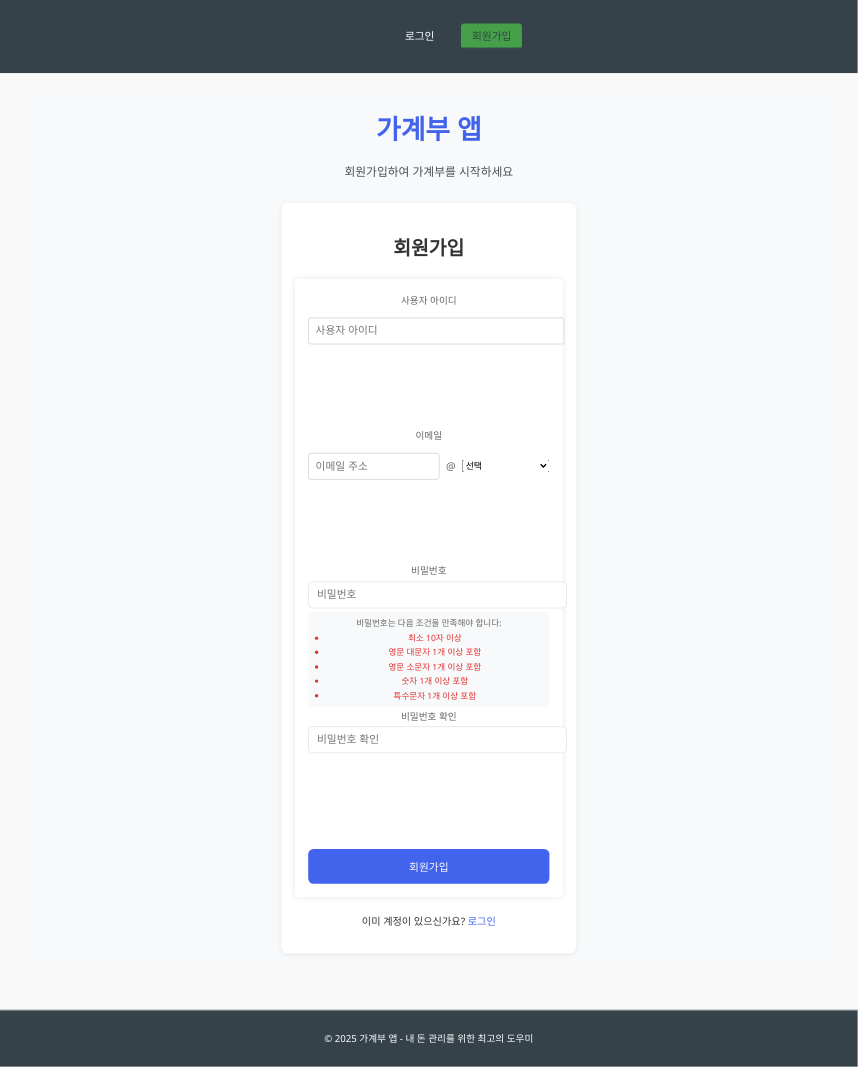
Repository: dldnwls07/Register_Login_Form
Page: /register
These files come from the project's save history. The page is drawn as it stood at one moment and after the next save; the edit follows.
The browser window is 1280 px wide. The pictures show the whole page, at 67% of full size.
The project was rebuilt for these pictures with package versions that can differ from the ones it lists, and the page was loaded fresh each time. Also part of the build but not shown: src/components/Summary.jsx, src/styles/pages/MainPage.css, src/pages/MainPage.jsx, src/utils/categoryData.js, src/components/CategorySelector.jsx, src/components/EntryForm.jsx, src/components/EntryTable.jsx, src/components/SearchBar.jsx and 15 more.

Above is the page before, as saved 2025-05-23 14:12:41.

### public/index.html
<!DOCTYPE html>
<html lang="en">
<head>
    <meta charset="UTF-8">
    <meta name="viewport" content="width=device-width, initial-scale=1.0">
    <title>My Money App</title>
</head>
<body>
    <div id="root"></div>
</body>
</html>

### src/styles/App.css
/* Added CSS variables for theme */
:root {
  --background-light: #f9f9f9;
  --background-dark: #121212;
  --text-light: #333;
  --text-dark: #eee;
  --primary-color: #35424a;
  --accent-color: #45a049;
  --border-radius: 5px;
  --box-shadow: 0 0 10px rgba(0, 0, 0, 0.1);
}

body {
  font-family: 'Segoe UI', Tahoma, Geneva, Verdana, sans-serif;
  background-color: var(--background-light);
  color: var(--text-light);
  margin: 0;
  padding: 0;
}

.dark body {
  background-color: var(--background-dark);
  color: var(--text-dark);
}

.container {
    width: 80%;
    margin: auto;
    overflow: hidden;
}

header {
    background: #35424a;
    color: #ffffff;
    padding: 10px 0;
    text-align: center;
}

h1 {
    margin: 0;
}

form {
    background: #ffffff;
    padding: 20px;
    border-radius: 5px;
    box-shadow: 0 0 10px rgba(0, 0, 0, 0.1);
}

input[type="text"],
input[type="number"] {
    width: 100%;
    padding: 10px;
    margin: 10px 0;
    border: 1px solid #ccc;
    border-radius: 4px;
}

button {
    background: #35424a;
    color: #ffffff;
    border: none;
    padding: 10px 15px;
    border-radius: 5px;
    cursor: pointer;
}

button:hover {
    background: #45a049;
}

.table {
    width: 100%;
    margin-top: 20px;
    border-collapse: collapse;
}

.table th,
.table td {
    border: 1px solid #ddd;
    padding: 8px;
}

.table th {
    background-color: #35424a;
    color: white;
}

.summary {
    background: #ffffff;
    padding: 20px;
    border-radius: 5px;
    box-shadow: 0 0 10px rgba(0, 0, 0, 0.1);
    margin-top: 20px;
}

.pie-chart {
    margin-top: 20px;
}

/* Added media query for responsiveness */
@media (max-width: 768px) {
  .entry-form {
    flex-direction: column;
  }
}

/* 앱 레이아웃 스타일 */
.App {
  display: flex;
  flex-direction: column;
  min-height: 100vh;
}

.App-header {
  background-color: var(--primary-color);
  color: white;
  padding: 1rem 0;
  text-align: center;
}

.App-content {
  flex: 1;
  padding: 2rem;
  max-width: 1200px;
  margin: 0 auto;
  width: 100%;
}

.App-footer {
  background-color: var(--primary-color);
  color: white;
  text-align: center;
  padding: 1rem 0;
  margin-top: 2rem;
}

/* 네비게이션 스타일 */
.main-navigation {
  background-color: var(--primary-color);
  padding: 0.5rem 0;
}

.nav-links {
  display: flex;
  justify-content: center;
  gap: 1.5rem;
  padding: 0;
  margin: 0;
}

.nav-links a {
  color: white;
  text-decoration: none;
  padding: 0.5rem 1rem;
  border-radius: var(--border-radius);
  transition: background-color 0.3s;
}

.nav-links a:hover, .nav-links a.active {
  background-color: var(--accent-color);
}

/* 카드 스타일 */
.navigation-links {
  display: grid;
  grid-template-columns: repeat(auto-fit, minmax(300px, 1fr));
  gap: 2rem;
  margin-top: 2rem;
}

.nav-card {
  background-color: white;
  padding: 1.5rem;
  border-radius: var(--border-radius);
  box-shadow: var(--box-shadow);
  transition: transform 0.3s, box-shadow 0.3s;
}

.nav-card:hover {
  transform: translateY(-5px);
  box-shadow: 0 10px 20px rgba(0, 0, 0, 0.15);
}

.nav-link {
  text-decoration: none;
  color: var(--text-light);
}

/* 페이지 스타일 */
.main-page, .spending-page, .goal-page, .analysis-page {
  padding: 1rem 0;
}

.back-link {
  margin-bottom: 2rem;
}

.back-link a {
  color: var(--primary-color);
  text-decoration: none;
  display: flex;
  align-items: center;
  gap: 0.5rem;
}

.back-link a:hover {
  text-decoration: underline;
}

/* 콘텐츠 레이아웃 */
.spending-content, .goal-content, .analysis-content {
  display: grid;
  grid-template-columns: 1fr;
  gap: 2rem;
}

@media (min-width: 768px) {
  .spending-content, .goal-content, .analysis-content {
    grid-template-columns: repeat(2, 1fr);
  }
}

### src/pages/auth/RegisterPage.jsx
import React from 'react';
import { useNavigate } from 'react-router-dom';
import RegisterForm from '../../components/RegisterForm';
import '../../styles/pages/AuthPage.css';

const RegisterPage = () => {
  const navigate = useNavigate();

  const handleRegisterSuccess = () => {
    navigate('/login', {
      state: { message: '회원가입에 성공했습니다. 로그인해주세요.' }
    });
  };

  return (
    <div className="auth-page">
      <div className="auth-container">
        <h1>가계부 앱</h1>
        <p className="auth-description">회원가입하여 가계부를 시작하세요</p>
        <RegisterForm onRegisterSuccess={handleRegisterSuccess} />
      </div>
    </div>
  );
};

export default RegisterPage;

### src/components/Navigation.jsx
import React from 'react';
import { Link, useLocation } from 'react-router-dom';
import { useAuth } from '../hooks/useAuth';

const Navigation = () => {
  const location = useLocation();
  const { user } = useAuth();

  return (
    <nav className="main-navigation">
      <ul className="nav-links">
        {user ? (
          // 로그인된 사용자용 메뉴
          <>
            <li>
              <Link to="/" className={location.pathname === '/' ? 'active' : ''}>
                대시보드
              </Link>
            </li>
            <li>
              <Link to="/spending" className={location.pathname === '/spending' ? 'active' : ''}>
                지출 관리
              </Link>
            </li>
            <li>
              <Link to="/goal" className={location.pathname === '/goal' ? 'active' : ''}>
                목표 설정
              </Link>
            </li>
            <li>
              <Link to="/analysis" className={location.pathname === '/analysis' ? 'active' : ''}>
                지출 분석
              </Link>
            </li>
            <li>
              <Link to="/profile" className={location.pathname === '/profile' ? 'active' : ''}>
                프로필
              </Link>
            </li>
          </>
        ) : (
          // 로그인되지 않은 사용자용 메뉴
          <>
            <li>
              <Link to="/login" className={location.pathname === '/login' ? 'active' : ''}>
                로그인
              </Link>
            </li>
            <li>
              <Link to="/register" className={location.pathname === '/register' ? 'active' : ''}>
                회원가입
              </Link>
            </li>
          </>
        )}
      </ul>
    </nav>
  );
};

export default Navigation;

### src/context/AuthContext.jsx
import React, { createContext, useState, useEffect } from 'react';
import { loginUser, registerUser, verifyToken, getCurrentUser, logoutUser } from '../utils/authService';

export const AuthContext = createContext();

export const AuthProvider = ({ children }) => {
  const [user, setUser] = useState(null);
  const [loading, setLoading] = useState(true);
  const [error, setError] = useState(null);
  const [lastActivityTime, setLastActivityTime] = useState(Date.now());

  // 활동 감지 및 자동 로그아웃 기능
  useEffect(() => {
    const INACTIVITY_TIMEOUT = 30 * 60 * 1000; // 30분

    const resetActivityTimer = () => setLastActivityTime(Date.now());

    // 사용자 활동 이벤트 감지
    window.addEventListener('mousemove', resetActivityTimer);
    window.addEventListener('keydown', resetActivityTimer);
    window.addEventListener('click', resetActivityTimer);

    // 비활성 체크 타이머
    const checkInactivity = setInterval(() => {
      const timeSinceLastActivity = Date.now() - lastActivityTime;
      if (user && timeSinceLastActivity > INACTIVITY_TIMEOUT) {
        console.log('장시간 활동이 없어 자동 로그아웃됩니다.');
        logout();
      }
    }, 60000); // 1분마다 체크

    return () => {
      window.removeEventListener('mousemove', resetActivityTimer);
      window.removeEventListener('keydown', resetActivityTimer);
      window.removeEventListener('click', resetActivityTimer);
      clearInterval(checkInactivity);
    };
  }, [user, lastActivityTime]);

  // 초기 인증 상태 확인
  useEffect(() => {
    // 토큰이 있으면 사용자 정보 확인
    const token = localStorage.getItem('token');
    if (token) {
      setLoading(true);

      verifyToken(token)
        .then(decoded => {
          // 사용자 정보 가져오기
          return getCurrentUser(decoded.id);
        })
        .then(userData => {
          setUser(userData);
          setError(null);
        })
        .catch(err => {
          console.error('인증 오류:', err);
          setError('세션이 만료되었습니다. 다시 로그인해주세요.');

          // 토큰이 유효하지 않으면 제거
          localStorage.removeItem('token');
          localStorage.removeItem('user');
        })
        .finally(() => setLoading(false));
    } else {
      setLoading(false);
    }
  }, []);
  // 보안 강화된 로그인 함수
  const login = async (credentials) => {
    try {
      setLoading(true);
      setError(null);

      // 입력 유효성 검증
      if (!credentials.usernameOrEmail || !credentials.password) {
        throw new Error('사용자 이름/이메일과 비밀번호를 모두 입력해주세요.');
      }

      const response = await loginUser(credentials.usernameOrEmail, credentials.password);

      // 로그인 시도 기록 (보안용, 필요시 구현)
      const loginAttempt = {
        timestamp: new Date().toISOString(),
        userId: response.user.id,
        success: true,
        ipAddress: '사용자IP', // 실제로는 서버에서 확인
        userAgent: navigator.userAgent
      };

      console.log('로그인 성공:', loginAttempt);

      // 토큰 및 사용자 정보 저장
      localStorage.setItem('token', response.token);

      // 민감한 정보 제거 후 저장
      const userToStore = { ...response.user };
      delete userToStore.role; // 역할 정보는 토큰에만 저장

      localStorage.setItem('user', JSON.stringify(userToStore));

      setUser(response.user);
      setLastActivityTime(Date.now());
      return response.user;
    } catch (error) {
      console.error('로그인 실패:', error);

      // 실패한 로그인 시도 기록 (보안용)
      const failedLoginAttempt = {
        timestamp: new Date().toISOString(),
        usernameOrEmail: credentials.usernameOrEmail,
        success: false,
        error: error.message,
        userAgent: navigator.userAgent
      };

      console.log('로그인 실패 기록:', failedLoginAttempt);
      setError(error.message || '로그인에 실패했습니다.');
      throw error;
    } finally {
      setLoading(false);
    }
  };

  // 회원가입 함수
  const register = async (userData) => {
    try {
      return await registerUser(userData);
    } catch (error) {
      throw error;
    }
  };
  // 보안 강화된 로그아웃 함수
  const logout = async () => {
    try {
      const token = localStorage.getItem('token');
      await logoutUser(token);

      localStorage.removeItem('token');
      localStorage.removeItem('user');
      setUser(null);
      setError(null);

      // 성공적인 로그아웃 처리
      console.log('로그아웃 성공');
    } catch (err) {
      console.error('로그아웃 오류:', err);

      // 오류가 발생해도 로컬에서는 로그아웃 처리
      localStorage.removeItem('token');
      localStorage.removeItem('user');
      setUser(null);
    }
  };
  return (
    <AuthContext.Provider value={{
      user,
      loading,
      error,
      login,
      register,
      logout,
      setError // 에러 상태를 수동으로 설정하기 위한 함수
    }}>
      {children}
    </AuthContext.Provider>
  );
};

export default AuthContext;

### src/styles/Common.css
/* 공통 스타일 - 네비게이션, 헤더, 푸터 등 공통 요소 디자인 */

:root {
  --primary-color: #2D7FF9;
  --accent-color: #00D1D1;
  --text-color: #333333;
  --text-light: #666666;
  --background-color: #F5F7FC;
  --card-background: #FFFFFF;
  --border-radius: 16px;
  --box-shadow: 0 2px 10px rgba(0, 0, 0, 0.05);
  --hover-shadow: 0 10px 20px rgba(0, 0, 0, 0.1);
  --transition: 0.2s ease;
}

body {
  font-family: 'Pretendard', -apple-system, BlinkMacSystemFont, system-ui, Roboto, 'Helvetica Neue', 'Segoe UI', sans-serif;
  background-color: var(--background-color);
  color: var(--text-color);
  margin: 0;
  padding: 0;
  line-height: 1.6;
}

/* 앱 레이아웃 */
.App {
  display: flex;
  flex-direction: column;
  min-height: 100vh;
}

/* 헤더 스타일 */
.App-header {
  background-color: var(--card-background);
  box-shadow: 0 1px 5px rgba(0, 0, 0, 0.03);
  padding: 1.25rem 0;
  position: sticky;
  top: 0;
  z-index: 100;
}

.header-container {
  display: flex;
  flex-direction: column;
  align-items: center;
  max-width: 1200px;
  margin: 0 auto;
  padding: 0 1.5rem;
}

@media (min-width: 768px) {
  .header-container {
    flex-direction: row;
    justify-content: space-between;
  }
}

.App-header h1 {
  font-size: 1.5rem;
  font-weight: 700;
  color: var(--primary-color);
  margin: 0;
}

/* 메인 컨텐츠 스타일 */
.App-content {
  flex: 1;
  max-width: 1200px;
  margin: 0 auto;
  width: 100%;
  padding: 2rem 1.5rem;
}

/* 푸터 스타일 */
.App-footer {
  background-color: var(--card-background);
  padding: 1.5rem 0;
  margin-top: 3rem;
  text-align: center;
  font-size: 0.9rem;
  color: var(--text-light);
  border-top: 1px solid #eaeaea;
}

/* 네비게이션 스타일 */
.main-navigation {
  width: 100%;
  display: flex;
  justify-content: center;
  margin-top: 1rem;
}

@media (min-width: 768px) {
  .main-navigation {
    margin-top: 0;
  }
}

.nav-links {
  display: flex;
  gap: 1.5rem;
  padding: 0;
  margin: 0;
  list-style: none;
}

.nav-links a {
  color: var(--text-light);
  text-decoration: none;
  font-size: 1rem;
  font-weight: 500;
  padding: 0.5rem;
  transition: color var(--transition);
  position: relative;
}

.nav-links a:before {
  content: '';
  position: absolute;
  bottom: 0;
  left: 0;
  width: 0;
  height: 2px;
  background-color: var(--primary-color);
  transition: width var(--transition);
}

.nav-links a:hover, .nav-links a.active {
  color: var(--primary-color);
}

.nav-links a:hover:before, .nav-links a.active:before {
  width: 100%;
}

### src/styles/pages/AuthPage.css
/* 인증 페이지 스타일 */
.auth-page {
  display: flex;
  justify-content: center;
  align-items: center;
  min-height: 100vh;
  background-color: #f8f9fa;
}

.auth-container {
  width: 100%;
  max-width: 500px;
  padding: 20px;
  text-align: center;
}

.auth-page h1 {
  font-size: 2.5rem;
  margin-bottom: 0.5rem;
  color: #4263eb;
  font-weight: 700;
}

.auth-description {
  font-size: 1.1rem;
  color: #495057;
  margin-bottom: 2rem;
}

/* 반응형 조정 */
@media (max-width: 576px) {
  .auth-container {
    padding: 15px;
  }

  .auth-page h1 {
    font-size: 2rem;
  }

  .auth-description {
    font-size: 1rem;
  }
}

### src/styles/components/GoalSetter.css
/* GoalSetter 컴포넌트 스타일 */
.goal-setter {
  background-color: #fff;
  border-radius: 12px;
  padding: 24px;
  box-shadow: 0 2px 8px rgba(0, 0, 0, 0.08);
  margin-bottom: 24px;
}

.goal-setter h2 {
  font-size: 1.5rem;
  margin-bottom: 20px;
  color: #333;
  font-weight: 600;
}

.goal-form {
  margin-bottom: 24px;
  display: flex;
  flex-wrap: wrap;
  gap: 16px;
}

.form-group {
  flex: 1 1 200px;
  margin-bottom: 16px;
}

.form-group label {
  display: block;
  font-size: 0.9rem;
  margin-bottom: 6px;
  color: #666;
  font-weight: 500;
}

.form-group input {
  width: 100%;
  padding: 12px 16px;
  border: 1px solid #e0e0e0;
  border-radius: 8px;
  font-size: 1rem;
  transition: border 0.2s;
}

.form-group input:focus {
  border-color: #4263eb;
  outline: none;
}

.input-with-icon {
  position: relative;
}

.input-with-icon input {
  padding-right: 40px;
}

.currency-symbol {
  position: absolute;
  right: 16px;
  top: 50%;
  transform: translateY(-50%);
  color: #888;
}

.goal-submit-button {
  background-color: #4263eb;
  color: white;
  border: none;
  border-radius: 8px;
  padding: 12px 24px;
  font-size: 1rem;
  font-weight: 500;
  cursor: pointer;
  transition: background 0.2s;
}

.goal-submit-button:hover {
  background-color: #3249b1;
}

.goal-status {
  background-color: #f8f9fa;
  border-radius: 8px;
  padding: 20px;
}

.goal-header {
  display: flex;
  justify-content: space-between;
  align-items: center;
  margin-bottom: 16px;
}

.goal-header h3 {
  font-size: 1.2rem;
  font-weight: 500;
  margin: 0;
}

.achievement-toggle {
  display: flex;
  align-items: center;
  gap: 8px;
}

/* 토글 스위치 스타일 */
.switch {
  position: relative;
  display: inline-block;
  width: 48px;
  height: 24px;
}

.switch input {
  opacity: 0;
  width: 0;
  height: 0;
}

.slider {
  position: absolute;
  cursor: pointer;
  top: 0;
  left: 0;
  right: 0;
  bottom: 0;
  background-color: #ccc;
  transition: .4s;
}

.slider:before {
  position: absolute;
  content: "";
  height: 18px;
  width: 18px;
  left: 3px;
  bottom: 3px;
  background-color: white;
  transition: .4s;
}

input:checked + .slider {
  background-color: #4263eb;
}

input:focus + .slider {
  box-shadow: 0 0 1px #4263eb;
}

input:checked + .slider:before {
  transform: translateX(24px);
}

/* 둥근 슬라이더 */
.slider.round {
  border-radius: 34px;
}

.slider.round:before {
  border-radius: 50%;
}

/* 진행바 스타일 */
.progress-bar-container {
  height: 10px;
  background-color: #e9ecef;
  border-radius: 5px;
  overflow: hidden;
  margin-bottom: 8px;
}

.progress-bar {
  height: 100%;
  background-color: #4263eb;
  border-radius: 5px;
  transition: width 0.5s ease-in-out;
}

.progress-bar.exceeded {
  background-color: #e03131;
}

.progress-details {
  display: flex;
  justify-content: space-between;
  align-items: center;
  margin-bottom: 16px;
}

.progress-percentage {
  font-weight: 600;
  color: #333;
  margin: 0;
}

.progress-numbers {
  display: flex;
  justify-content: space-between;
  width: 100%;
  color: #666;
  font-size: 0.9rem;
  margin: 8px 0 0;
}

.goal-status-message {
  padding: 12px;
  border-radius: 6px;
  margin-top: 16px;
}

.goal-status-message.remaining {
  background-color: #e6f4ea;
}

.goal-status-message.exceeded {
  background-color: #fde7e9;
}

.goal-status-message .alert {
  color: #c92a2a;
  display: flex;
  align-items: center;
  gap: 8px;
}

.goal-status-message .success {
  color: #2b8a3e;
  display: flex;
  align-items: center;
  gap: 8px;
}

.goal-status-message .icon {
  font-size: 1.2rem;
}

.no-goal-message {
  text-align: center;
  padding: 24px;
  background-color: #f8f9fa;
  border-radius: 8px;
  color: #666;
}

.no-goal-message p:first-child {
  font-size: 1.1rem;
  font-weight: 500;
  margin-bottom: 8px;
}

@media (max-width: 768px) {
  .goal-form {
    flex-direction: column;
    gap: 12px;
  }

  .goal-header {
    flex-direction: column;
    align-items: flex-start;
    gap: 12px;
  }

  .achievement-toggle {
    width: 100%;
    justify-content: flex-start;
  }
}

### src/styles/components/AuthForm.css
/* 인증 폼 스타일 (로그인/회원가입) */

.auth-form-container {
  max-width: 400px;
  margin: 0 auto;
  padding: 20px;
  background-color: #fff;
  border-radius: 10px;
  box-shadow: 0 2px 10px rgba(0, 0, 0, 0.08);
}

.auth-title {
  font-size: 1.8rem;
  margin-bottom: 24px;
  color: #333;
  font-weight: 600;
  text-align: center;
}

.auth-form {
  display: flex;
  flex-direction: column;
  gap: -100px;
}

.form-group {
  display: flex;
  flex-direction: column;
  margin-bottom: 2px;
}

.form-group label {
  font-size: 0.9rem;
  margin-bottom: 4px;
  color: #666;
  font-weight: 500;
}

.form-group input {
  padding: 10px 12px;
  border: 1px solid #e0e0e0;
  border-radius: 6px;
  font-size: 1rem;
  transition: border 0.2s;
}

.form-group input:focus {
  border-color: #4263eb;
  outline: none;
  box-shadow: 0 0 0 2px rgba(66, 99, 235, 0.1);
}

.form-group input[disabled] {
  background-color: #f8f9fa;
  cursor: not-allowed;
}

.input-error {
  color: #e03131;
  font-size: 0.85rem;
  margin-top: 6px;
}

.auth-button {
  background-color: #4263eb;
  color: white;
  border: none;
  border-radius: 8px;
  padding: 14px;
  font-size: 1rem;
  font-weight: 500;
  cursor: pointer;
  margin-top: 8px;
  transition: background 0.2s;
}

.auth-button:hover {
  background-color: #3249b1;
}

.auth-button:disabled {
  background-color: #adb5bd;
  cursor: not-allowed;
}

.auth-button.loading {
  position: relative;
  opacity: 0.8;
}

.auth-button.loading::after {
  content: '';
  position: absolute;
  width: 20px;
  height: 20px;
  top: 50%;
  left: 50%;
  margin-left: -10px;
  margin-top: -10px;
  border: 3px solid rgba(255, 255, 255, 0.3);
  border-radius: 50%;
  border-top-color: #fff;
  animation: spin 1s ease-in-out infinite;
}

@keyframes spin {
  to { transform: rotate(360deg); }
}

.auth-links {
  margin-top: 24px;
  text-align: center;
  font-size: 0.95rem;
}

.auth-links a {
  color: #4263eb;
  text-decoration: none;
  font-weight: 500;
}

.auth-links a:hover {
  text-decoration: underline;
}

.auth-error-message,
.auth-success-message {
  padding: 12px;
  margin-bottom: 20px;
  border-radius: 8px;
  font-size: 0.95rem;
}

.auth-error-message {
  background-color: #fff5f5;
  color: #e03131;
  border-left: 4px solid #e03131;
}

.auth-success-message {
  background-color: #f4fce3;
  color: #2b8a3e;
  border-left: 4px solid #2b8a3e;
}

/* 비밀번호 강도 표시 스타일 */
.password-strength {
  margin-top: 3px;
  margin-bottom: 5px;
}

.strength-meter {
  height: 3px;
  background-color: #e0e0e0;
  border-radius: 2px;
  margin-bottom: 3px;
  position: relative;
  overflow: hidden;
}

.strength-bar {
  height: 100%;
  border-radius: 2px;
  transition: width 0.3s ease;
}

.strength-bar.strength-매우\ 약함 {
  background-color: #ff4d4d;
}

.strength-bar.strength-약함 {
  background-color: #ffa64d;
}

.strength-bar.strength-중간 {
  background-color: #ffdd4d;
}

.strength-bar.strength-강함 {
  background-color: #4cd964;
}

.strength-text {
  font-size: 12px;
  display: block;
}

.strength-text.strength-매우\ 약함 {
  color: #ff4d4d;
}

.strength-text.strength-약함 {
  color: #ffa64d;
}

.strength-text.strength-중간 {
  color: #8a8a8a;
}

.strength-text.strength-강함 {
  color: #4cd964;
}

/* 새로 추가된 스타일 */
.email-group {
  display: flex;
  align-items: center;
  gap: 5px;
}

.email-prefix {
  flex: 1;
}

.email-at {
  margin: 0 5px;
  color: #666;
}

.email-domain {
  width: 130px;
}

.custom-domain {
  margin-top: 10px;
}

.custom-domain input {
  width: 100%;
}

.password-input-container {
  position: relative;
  display: flex;
  align-items: center;
}

.password-input-container input {
  width: 100%;
}

.toggle-password-btn {
  position: absolute;
  right: 10px;
  top: 50%;
  transform: translateY(-50%);
  background: none;
  border: none;
  color: #666;
  font-size: 0.85rem;
  cursor: pointer;
  padding: 3px 6px;
  border-radius: 3px;
}

.toggle-password-btn:hover {
  background-color: #f1f3f5;
}

.input-error-field {
  border-color: #e03131 !important;
}

.password-policy {
  font-size: 0.8rem;
  color: #666;
  margin-top: 5px;
  padding: 6px 8px;
  background-color: #f8f9fa;
  border-radius: 6px;
}

.password-policy p {
  margin-top: 0;
  margin-bottom: 3px;
  font-weight: 500;
}

.password-policy ul {
  margin: 0;
  padding-left: 18px;
}

.password-policy li {
  margin-bottom: 1px;
}

.password-policy li.met {
  color: #2b8a3e;
}

.password-policy li.not-met {
  color: #e03131;
}

.form-options {
  display: flex;
  justify-content: space-between;
  align-items: center;
  margin: 15px 0;
  font-size: 0.9rem;
}

.remember-me {
  display: flex;
  align-items: center;
}

.remember-me input[type="checkbox"] {
  margin-right: 5px;
}

.forgot-password-link {
  color: #5c7cfa;
  text-decoration: none;
}

.forgot-password-link:hover {
  text-decoration: underline;
}

.auth-warning-message {
  margin-top: 12px;
  padding: 8px;
  border-radius: 6px;
  background-color: #fff9db;
  color: #f08c00;
  font-size: 0.85rem;
  border-left: 3px solid #f08c00;
}

/* 반응형 */
@media (max-width: 480px) {
  .auth-form-container {
    padding: 20px;
    border-radius: 8px;
  }

  .auth-title {
    font-size: 1.5rem;
    margin-bottom: 20px;
  }
}

Loaded but not shown: src/utils/authService.js (592 lines, source omitted); src/utils/authUtils.js (248 lines, source omitted); src/utils/browserDBService2.js (196 lines, source omitted); src/utils/cryptoUtils.js (175 lines, source omitted); src/utils/browserDBService.js (137 lines, source omitted); src/utils/browserDBService3.js (78 lines, source omitted); src/utils/storageKeys.js (68 lines, source omitted); src/utils/localStorageUtil.js (43 lines, source omitted); src/utils/dbServiceWrapper.js (25 lines, source omitted); src/index.js (12 lines, source omitted); src/hooks/useAuth.js (14 lines, source omitted); src/components/RegisterForm.jsx (345 lines, source omitted); src/App.jsx (208 lines, source omitted); src/styles/pages/ProfilePage.css (373 lines, source omitted)

After the next save:
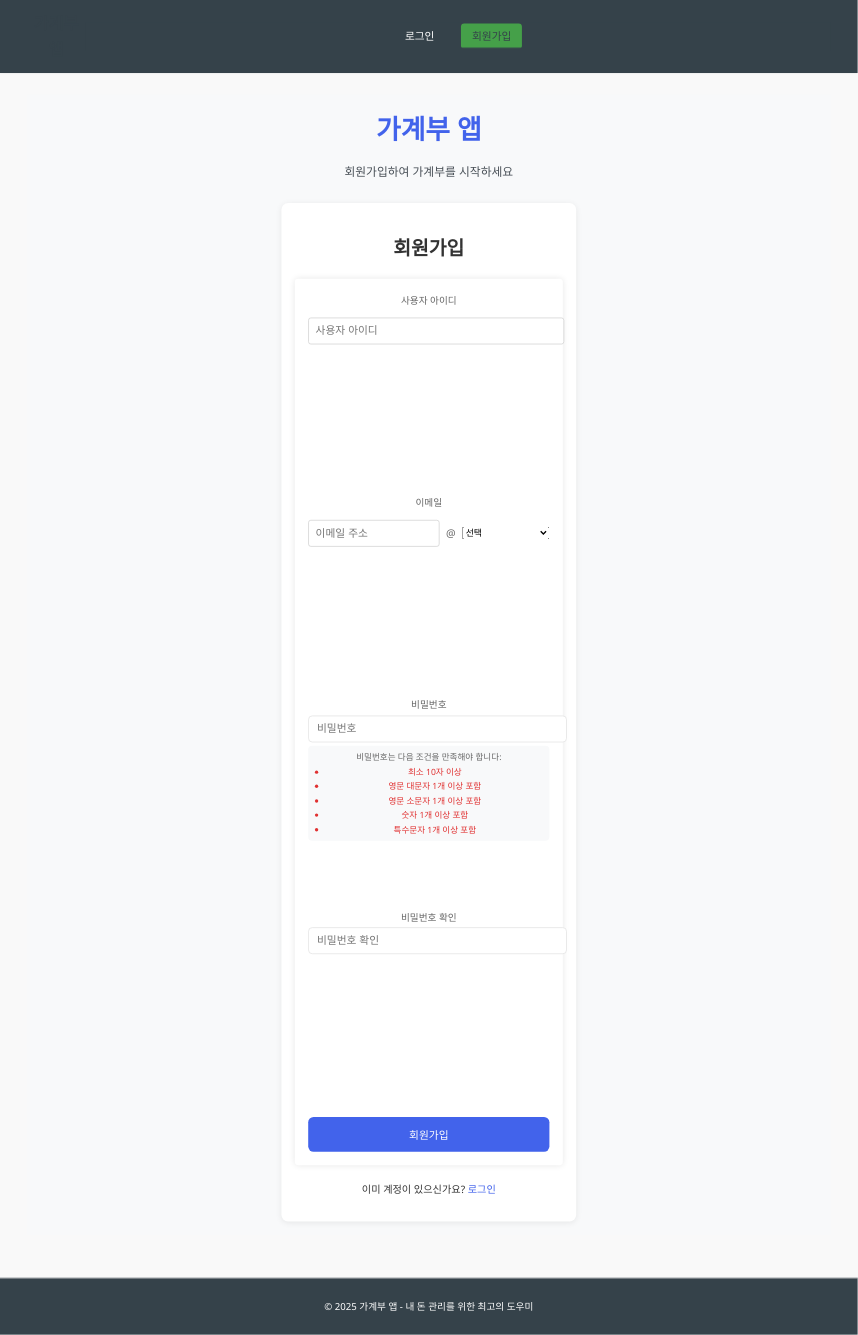
Saved 10 s later.
--- a/src/styles/components/AuthForm.css
+++ b/src/styles/components/AuthForm.css
@@ -20,7 +20,7 @@
 .auth-form {
   display: flex;
   flex-direction: column;
-  gap: -100px;
+  gap: 100px;
 }
 
 .form-group {
